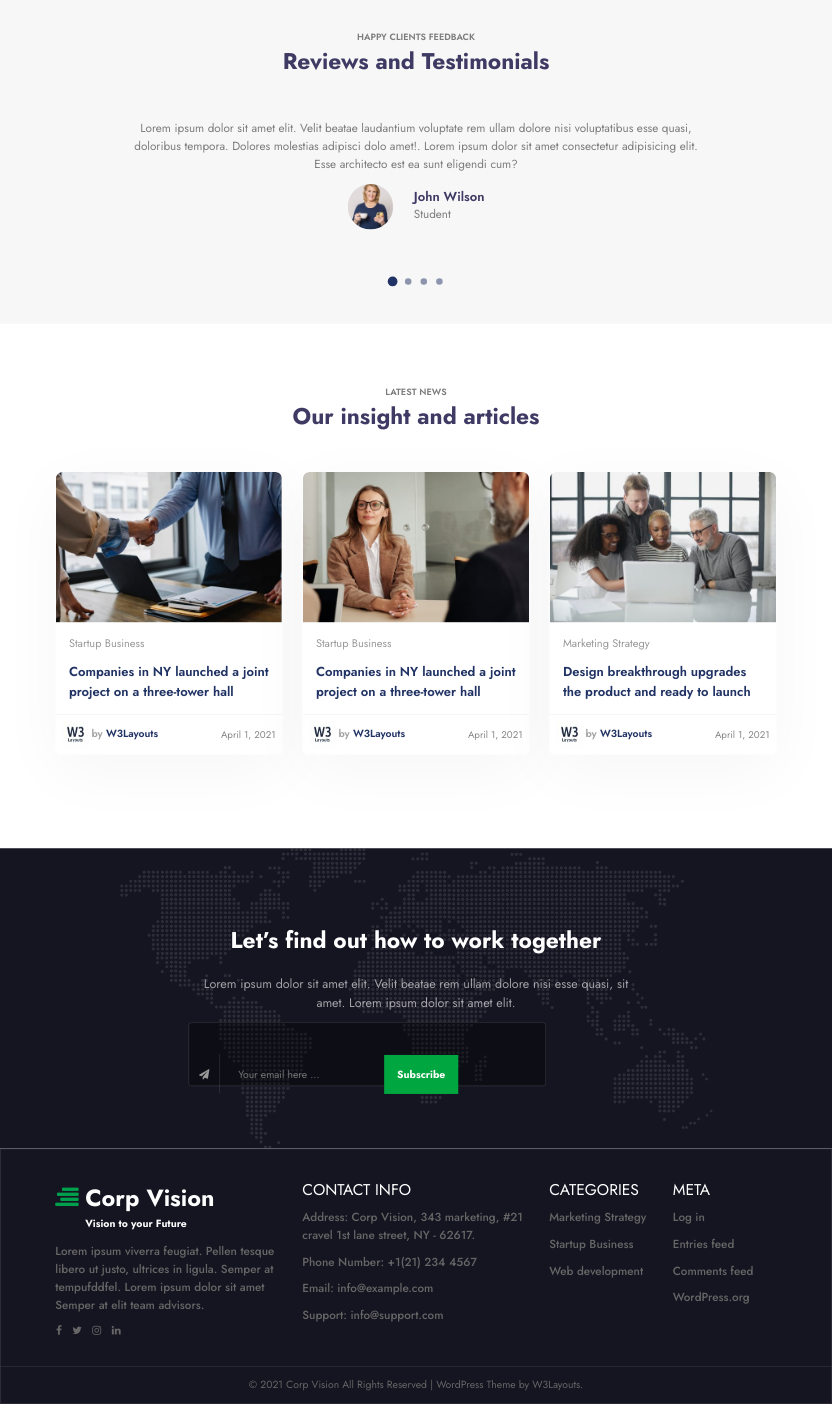
Repository: khaipnp/corpvision
Page: index.html
An editor plug-in stored every save of this project. The page is shown before and after the next save, followed by the edit.
The browser window is 1280 px wide. The pictures show the whole page, at 65% of full size.

Above is the page before, as saved 2021-07-04 17:09:40.

### index.html
<!DOCTYPE html>
<html lang="en">
  <head>
    <meta charset="UTF-8" />
    <meta http-equiv="X-UA-Compatible" content="IE=edge" />
    <meta name="viewport" content="width=device-width, initial-scale=1.0" />
    <title>Corpvision</title>
    <meta name="description" content="Corpvision Website" />
    <!-- FONT-GOOGLE -->
    <link rel="preconnect" href="https://fonts.gstatic.com" />
    <link
      href="https://fonts.googleapis.com/css2?family=Jost:ital,wght@0,100;0,200;0,300;0,400;0,500;0,600;0,700;0,800;0,900;1,400&display=swap"
      rel="stylesheet"
    />
    <!-- FONT-AWSOME -->
    <link
      rel="stylesheet"
      href="https://cdnjs.cloudflare.com/ajax/libs/font-awesome/5.15.3/css/all.min.css"
      integrity="sha512-iBBXm8fW90+nuLcSKlbmrPcLa0OT92xO1BIsZ+ywDWZCvqsWgccV3gFoRBv0z+8dLJgyAHIhR35VZc2oM/gI1w=="
      crossorigin="anonymous"
      referrerpolicy="no-referrer"
    />
    <link rel="stylesheet" href="./css/font-awesome.min.css" />
    <!-- OWL CAROUSEL -->
    <link
      rel="stylesheet"
      href="https://cdnjs.cloudflare.com/ajax/libs/OwlCarousel2/2.3.4/assets/owl.carousel.min.css"
      integrity="sha512-tS3S5qG0BlhnQROyJXvNjeEM4UpMXHrQfTGmbQ1gKmelCxlSEBUaxhRBj/EFTzpbP4RVSrpEikbmdJobCvhE3g=="
      crossorigin="anonymous"
      referrerpolicy="no-referrer"
    />
    <link
      rel="stylesheet"
      href="https://cdnjs.cloudflare.com/ajax/libs/OwlCarousel2/2.3.4/assets/owl.theme.default.css"
      integrity="sha512-OTcub78R3msOCtY3Tc6FzeDJ8N9qvQn1Ph49ou13xgA9VsH9+LRxoFU6EqLhW4+PKRfU+/HReXmSZXHEkpYoOA=="
      crossorigin="anonymous"
      referrerpolicy="no-referrer"
    />
    <!-- BOOTSTRAP -->
    <link
      rel="stylesheet"
      href="https://cdn.jsdelivr.net/npm/bootstrap@4.6.0/dist/css/bootstrap.min.css"
      integrity="sha384-B0vP5xmATw1+K9KRQjQERJvTumQW0nPEzvF6L/Z6nronJ3oUOFUFpCjEUQouq2+l"
      crossorigin="anonymous"
    />
    <!-- MAIN CSS -->
    <link rel="stylesheet" href="./css/main.css" />
  </head>
  <body>
    <header></header>
    <section class="feedback">
      <div class="feedback__content py-5">
        <div class="container">
          <h5 class="small-title col-12 text-center">Happy clients Feedback</h5>
          <h3 class="big-title col-12 text-center">Reviews and Testimonials</h3>
          <div class="testimonials owl-carousel owl-theme">
            <div class="testimonials__item">
              <p class="text-center col-12">
                Lorem ipsum dolor sit amet elit. Velit beatae laudantium
                voluptate rem ullam dolore nisi voluptatibus esse quasi,
                doloribus tempora. Dolores molestias adipisci dolo amet!. Lorem
                ipsum dolor sit amet consectetur adipisicing elit. Esse
                architecto est ea sunt eligendi cum?
              </p>
              <div
                class="
                  testimonials__desc
                  row
                  align-items-center
                  justify-content-center
                "
              >
                <div class="avatar mr-3">
                  <img src="./img/team1.jpg" alt="team 1" />
                </div>
                <div class="name ml-3">
                  <h3>John Wilson</h3>
                  <p>Student</p>
                </div>
              </div>
            </div>
            <div class="testimonials__item">
              <p class="text-center col-12">
                Lorem ipsum dolor sit amet elit. Velit beatae laudantium
                voluptate rem ullam dolore nisi voluptatibus esse quasi,
                doloribus tempora. Dolores molestias adipisci dolo amet!. Lorem
                ipsum dolor sit amet consectetur adipisicing elit. Esse
                architecto est ea sunt eligendi cum?
              </p>
              <div
                class="
                  testimonials__desc
                  row
                  align-items-center
                  justify-content-center
                "
              >
                <div class="avatar mr-3">
                  <img src="./img/team2.jpg" alt="team 2" />
                </div>
                <div class="name ml-3">
                  <h3>Julia Sakura</h3>
                  <p>Student</p>
                </div>
              </div>
            </div>
            <div class="testimonials__item">
              <p class="text-center col-12">
                Lorem ipsum dolor sit amet elit. Velit beatae laudantium
                voluptate rem ullam dolore nisi voluptatibus esse quasi,
                doloribus tempora. Dolores molestias adipisci dolo amet!. Lorem
                ipsum dolor sit amet consectetur adipisicing elit. Esse
                architecto est ea sunt eligendi cum?
              </p>
              <div
                class="
                  testimonials__desc
                  row
                  align-items-center
                  justify-content-center
                "
              >
                <div class="avatar mr-3">
                  <img src="./img/team3.jpg" alt="team 3" />
                </div>
                <div class="name ml-3">
                  <h3>Roy Linderson</h3>
                  <p>Student</p>
                </div>
              </div>
            </div>
            <div class="testimonials__item">
              <p class="text-center col-12">
                Lorem ipsum dolor sit amet elit. Velit beatae laudantium
                voluptate rem ullam dolore nisi voluptatibus esse quasi,
                doloribus tempora. Dolores molestias adipisci dolo amet!. Lorem
                ipsum dolor sit amet consectetur adipisicing elit. Esse
                architecto est ea sunt eligendi cum?
              </p>
              <div
                class="
                  testimonials__desc
                  row
                  align-items-center
                  justify-content-center
                "
              >
                <div class="avatar mr-3">
                  <img src="./img/team4.jpg" alt="team 4" />
                </div>
                <div class="name ml-3">
                  <h3>Smith Johnson</h3>
                  <p>Student</p>
                </div>
              </div>
            </div>
          </div>
        </div>
      </div>
    </section>
    <section class="news py-5">
      <div class="news__content py-5">
        <div class="container">
          <h5 class="small-title col-12 text-center">LATEST NEWS</h5>
          <h3 class="big-title col-12 text-center">Our insight and articles</h3>
          <div class="row py-5">
            <div class="news__item col-md-6 col-lg-4 pt-2">
              <div class="news__card">
                <div class="card__thumbnail p-0 position-relative">
                  <img src="./img/blog1.jpg" alt="blog 1" />
                </div>
                <div class="card__content">
                  <p>Startup Business</p>
                  <a href="#">Companies in NY launched a joint project on a three-tower
                    hall</a>
                </div>
                <div class="card__footer">
                  <span><img src="./img/icon.jpeg" alt="" /> by <a href="#">W3Layouts</a></span>
                  <p>April 1, 2021</p>
                </div>
              </div>
            </div>
            <div class="news__item col-md-6 col-lg-4 pt-2">
              <div class="news__card">
                <div class="card__thumbnail p-0 position-relative">
                  <img src="./img/blog2.jpg" alt="blog 1" />
                </div>
                <div class="card__content">
                  <p>Startup Business</p>
                  <a href="#">Companies in NY launched a joint project on a three-tower
                    hall</a>
                </div>
                <div class="card__footer">
                  <span><img src="./img/icon.jpeg" alt="" /> by <a href="#">W3Layouts</a></span>
                  <p>April 1, 2021</p>
                </div>
              </div>
            </div>
            <div class="news__item col-md-6 col-lg-4 pt-2">
              <div class="news__card">
                <div class="card__thumbnail p-0 position-relative">
                  <img src="./img/blog3.jpg" alt="blog 1" />
                </div>
                <div class="card__content">
                  <p>Marketing Strategy</p>
                  <a href="#">Design breakthrough upgrades the product and ready to launch</a>
                </div>
                <div class="card__footer">
                  <span><img src="./img/icon.jpeg" alt="" /> by <a href="#">W3Layouts</a></span>
                  <p>April 1, 2021</p>
                </div>
              </div>
            </div>
          </div>
        </div>
      </div>
    </section>
    <div class="subscribe py-5">
      <div class="container">
        <div class="sub__box my-5 mx-auto align-items-center justify-content-center">
          <h3 class="big-title py-4 col-12 text-center">Let’s find out how to work together<h3>
          <p class="col-12 text-center">Lorem ipsum dolor sit amet elit. Velit beatae rem ullam dolore nisi esse quasi, sit amet. Lorem ipsum dolor sit amet elit.</p>
          <div class="input__email py-5">
            <div class="subscribe__box">
              <i class="fa fa-paper-plane"></i>
              <input type="email" placeholder="Your email here ...">
              <button>Subscribe</button>
            </div>
          </div>
        </div>
      </div>
    </div>
    <footer>
      <div class="footer__info container py-5">
        <div class="row">
          <div class="footer__content col-md-6 col-lg-4">
            <div class="logo__footer__content pb-3">
              <div class="logo__footer"><i class="fa fa-align-right"></i>Corp Vision</div>
              <div class="slogan">Vision to your Future</div>
            </div>
            <p>Lorem ipsum viverra feugiat. Pellen tesque libero ut justo, ultrices in ligula. Semper at tempufddfel. Lorem ipsum dolor sit amet Semper at elit team advisors.</p>
            <div class="social__network row justify-content-start">
              <i class="fa fa-facebook pl-3"></i>
              <i class="fa fa-twitter pl-3"></i>
              <i class="fa fa-instagram pl-3"></i>
              <i class="fa fa-linkedin pl-3"></i>
            </div>
          </div>
          <div class="footer__content col-md-6 col-lg-4 mt-md-0 mt-5">
            <h4>CONTACT INFO</h4>
            <ul class="list-group list-group-flush">
              <li class="list-group-item">Address: Corp Vision, 343 marketing, #21 cravel 1st lane street, NY - 62617.</li>
              <li class="list-group-item">Phone Number: <a href="tel:+1212344567">+1(21) 234 4567</a></li>
              <li class="list-group-item">Email: <a href="mailto:">info@example.com</a></li>
              <li class="list-group-item">Support: <a href="mailto:">info@support.com</a></li>
            </ul>
          </div>
          <div class="footer__content col-md-6 col-lg-2 mt-lg-0 mt-5">
            <h4>CATEGORIES</h4>
            <ul class="list-group list-group-flush">
              <li class="list-group-item"><a href="/">Marketing Strategy</a></li>
              <li class="list-group-item"><a href="/">Startup Business</a></li>
              <li class="list-group-item"><a href="/">Web development</a></li>
            </ul>
          </div>
          <div class="footer__content col-md-6 col-lg-2 mt-lg-0 mt-5">
            <h4>META</h4>
            <ul class="list-group list-group-flush">
              <li class="list-group-item"><a href="/">Log in</a></li>
              <li class="list-group-item"><a href="/">Entries feed</a></li>
              <li class="list-group-item"><a href="/">Comments feed</a></li>
              <li class="list-group-item"><a href="/">WordPress.org</a></li>
            </ul>
          </div>
        </div>
      </div>
        <div class="copyright text-center pt-3">
          <div class="container">
            <p>© 2021 Corp Vision All Rights Reserved | WordPress Theme by W3Layouts.</p>
          </div>
        </div>
    </footer>
    <!-- SCRIPT -->
    <!-- BOOTSTRAP -->
    <script
      src="https://cdnjs.cloudflare.com/ajax/libs/jquery/3.6.0/jquery.js"
      integrity="sha512-n/4gHW3atM3QqRcbCn6ewmpxcLAHGaDjpEBu4xZd47N0W2oQ+6q7oc3PXstrJYXcbNU1OHdQ1T7pAP+gi5Yu8g=="
      crossorigin="anonymous"
      referrerpolicy="no-referrer"
    ></script>
    <script
      src="https://cdn.jsdelivr.net/npm/bootstrap@4.6.0/dist/js/bootstrap.bundle.min.js"
      integrity="sha384-Piv4xVNRyMGpqkS2by6br4gNJ7DXjqk09RmUpJ8jgGtD7zP9yug3goQfGII0yAns"
      crossorigin="anonymous"
    ></script>
    <!-- OWL CAROUSEL -->
    <script src="./js/owl.carousel.min.js"></script>
    <script>
      $(document).ready(function () {
        $(".owl-carousel").owlCarousel({
          navigation: false,
          slideSpeed: 300,
          paginationSpeed: 400,
          singleItem: true,
          items: 1,
          // itemsDesktop : false,
          // itemsDesktopSmall : false,
          // itemsTablet: false,
          // itemsMobile : false
        });
      });
    </script>
  </body>
</html>

### css/main.css
* {
  padding: 0;
  margin: 0;
  box-sizing: border-box;
}

html,
body {
  font-family: "Jost", sans-serif;
  background: #fff;
}

.small-title {
  color: #7e7d7d;
  font-size: 14px;
  font-weight: 600;
  text-transform: uppercase;
}

.big-title {
  color: #3f3a64;
  font-size: 35px;
  font-weight: 700;
}

/* FEEDBACK */
.feedback {
  background-color: #f7f7f7;
}

.testimonials__item {
  margin: 60px auto;
  display: block;
  max-width: 900px;
  height: auto;
}

.testimonials__item p {
  color: #7e7d7d;
  font-size: 18px;
  line-height: 28px;
}

.testimonials__desc .avatar {
  width: 70px;
  height: 70px;
  overflow: hidden;
  border-radius: 50%;
}

.testimonials__desc .avatar img {
  width: 100%;
  height: 100%;
  object-fit: cover;
}

.name h3 {
  font-size: 20px;
  margin: 0;
  font-weight: 600;
  color: #3f3a64;
}
.name p {
  font-style: normal;
  margin-bottom: 0;
}

.owl-theme .owl-dots .owl-dot.active span,
.owl-theme .owl-dots .owl-dot span {
  background: rgba(33, 51, 100, 0.5);
  transform: scale(1);
  transition: all 0.5s;
}

.owl-theme .owl-dots .owl-dot.active span,
.owl-theme .owl-dots .owl-dot:hover span {
  background: #213364 !important;
  transform: scale(1.5);
}

/* NEWS */
.news__card {
  background-color: #fff;
  box-shadow: 0 25px 98px 0 rgb(0 0 0 / 4%);
  border: 1px solid transparent;
  border-radius: 10px;
}

.card__thumbnail {
  overflow: hidden;
  border-radius: 10px 10px 0 0;
}

.card__thumbnail img {
  width: 100%;
  border-radius: 10px 10px 0 0;
  object-fit: cover;
  cursor: pointer;
  transition: all 0.5s;
}

.card__thumbnail img:hover {
  transform: scale(1.15);
}

.card__content {
  padding: 20px;
}

.card__content p {
  color: #999;
  font-size: 17px;
  font-weight: 400;
}

.card__content a {
  text-decoration: none;
  color: #213364;
  font-size: 20px;
  font-weight: 600;
  transition: all 0.5s;
  cursor: pointer;
}

.card__content a:hover {
  color: #00a63f;
}

.card__footer {
  display: flex;
  justify-content: space-between;
  align-items: center;
  border-top: 1px solid rgba(126, 125, 125, 0.1);
  padding: 10px;
}

.card__footer a {
  color: #213364;
  font-size: 1rem;
  font-weight: 600;
  cursor: pointer;
  transition: all 0.5s;
  text-decoration: none;
}

.card__footer a:hover {
  color: #00a63f;
}

.card__footer img {
  cursor: pointer;
}

.card__footer span {
  color: rgb(102, 102, 102, 0.6);
  font-weight: 600;
}

.card__footer p {
  margin-bottom: 0;
  font-size: 15px;
  color: rgb(102, 102, 102, 0.8);
}

/* SUBCRIBE */
.subscribe {
  background-image: url(../img/map.png);
  background-color: #151421;
  background-size: contain;
  background-repeat: no-repeat;
  background-position: center;
}

.sub__box {
  max-width: 700px;
}

.sub__box .big-title {
  color: #fff;
}

.sub__box p {
  font-size: 1.2rem;
  color: rgba(255, 255, 255, 0.6);
  line-height: 1.5;
  font-weight: 400;
}

.input__email {
  display: flex;
}

.input__email {
  border: 1px solid rgb(255, 255, 255, 0.15);
  border-radius: 5px;
  height: 60px;
  background: rgb(0, 0, 0, 0.35);
  max-width: 550px;
}

.input__email input {
  color: #999;
  padding: 20px 20px;
  border: none;
  font-size: 1rem;
  outline: none;
  background: none;
}

.input__email button {
  background-color: #00a63f;
  color: #fff;
  height: 60px;
  padding: 0 20px;
  border: none;
  font-size: 1rem;
  font-weight: 700;
  line-height: 60px;
  text-align: center;
}

.input__email i {
  text-align: center;
  color: #999;
  font-size: 1rem;
  border-right: 1px solid rgb(255, 255, 255, 0.15);
  line-height: 60px;
  padding: 0 15px;
}

/* FOOTER */

footer {
  background-color: #151421;
  border: 1px solid rgb(255, 255, 255, 0.15);
}

.footer__content p {
  color: #666;
  font-size: 18px;
  line-height: 28px;
  font-weight: 500;
}

.logo__footer {
  display: inline-block;
  font-size: 36px;
  font-weight: bold;
  color: #fefefe;
}

.logo__footer i {
  color: #009f4d !important;
  font-size: 36px !important;
  margin-right: 10px;
}

.slogan {
  padding-left: 46px;
  font-weight: bold;
  color: #fefefe;
}

.footer__content a {
  text-decoration: none;
  color: #666;
  transition: all 0.5s ease;
  font-weight: 500;
}

.footer__content a:hover {
  text-decoration: none;
  color: #fefefe;
}

.footer__content i {
  color: #666;
}

.footer__content h4 {
  color: #fefefe;
  font-weight: normal;
}

.footer__content .list-group-item {
  background-color: transparent !important;
  color: #666;
  border: none !important;
  font-size: 18px;
  padding: 7px 0 !important;
  font-weight: 500;
}
.copyright {
  border-top: 1px solid rgba(249, 249, 249, 0.1);
}

.copyright p {
  color: #666;
}

Loaded but not shown: css/font-awesome.min.css (library); js/owl.carousel.min.js (library)

After the next save:
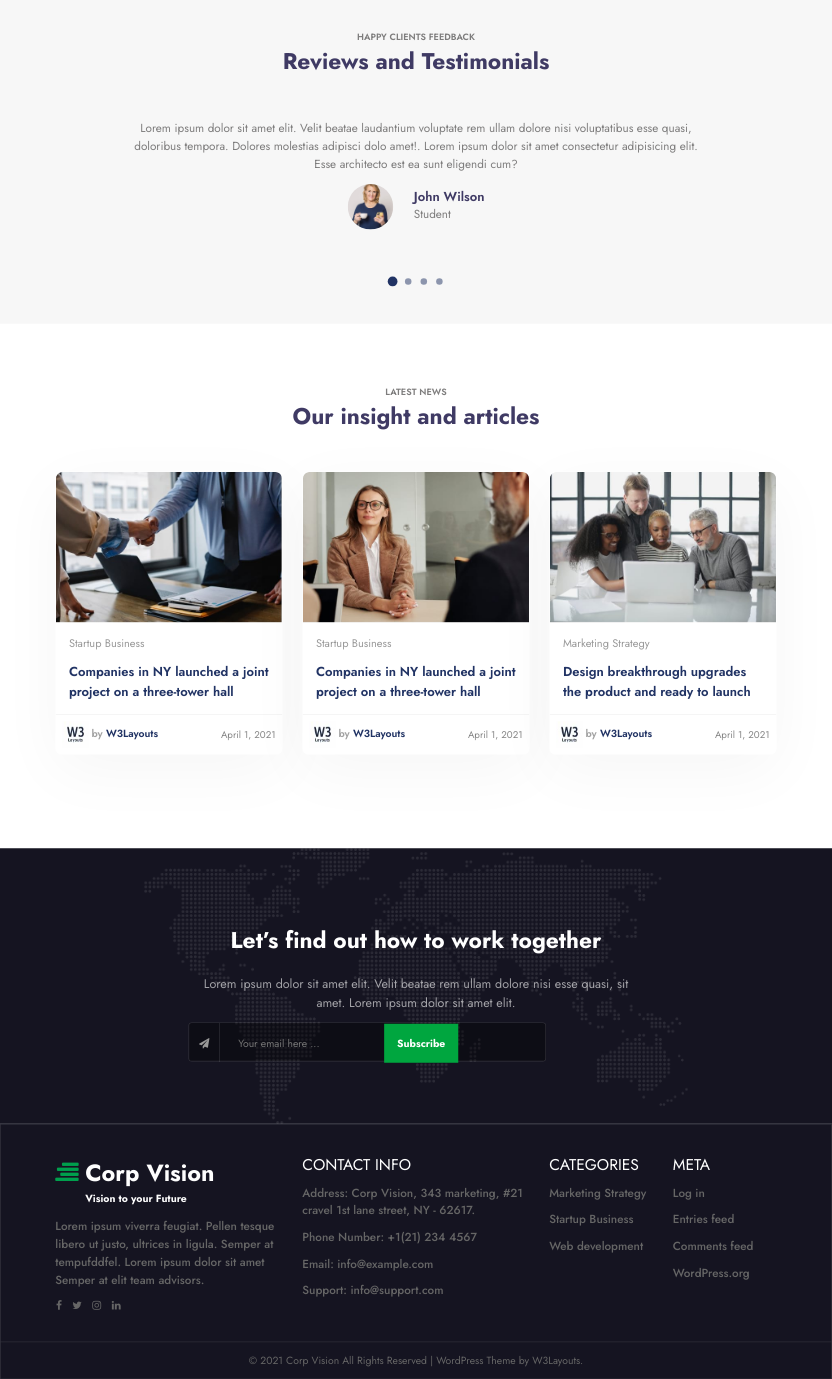
Saved 14 s later.
--- a/index.html
+++ b/index.html
@@ -220,7 +220,7 @@
         <div class="sub__box my-5 mx-auto align-items-center justify-content-center">
           <h3 class="big-title py-4 col-12 text-center">Let’s find out how to work together<h3>
           <p class="col-12 text-center">Lorem ipsum dolor sit amet elit. Velit beatae rem ullam dolore nisi esse quasi, sit amet. Lorem ipsum dolor sit amet elit.</p>
-          <div class="input__email py-5">
+          <div class="input__email">
             <div class="subscribe__box">
               <i class="fa fa-paper-plane"></i>
               <input type="email" placeholder="Your email here ...">
